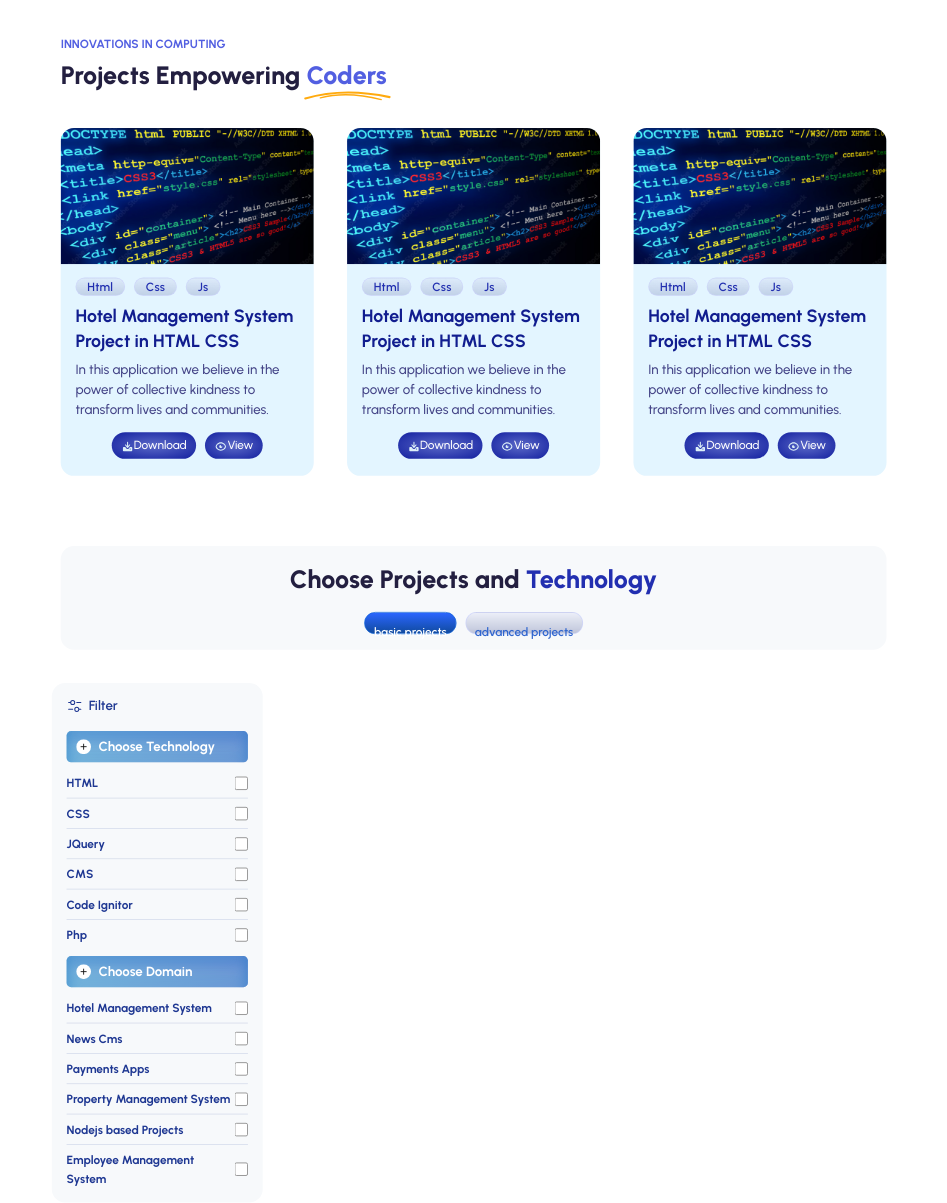
Repository: sharma171/jtccreativeideas
Page: /newsection (app in nextjssite/)
An editor plug-in stored every save of this project. The page is shown before and after the next save, followed by the edit.
The browser window is 1280 px wide. The pictures show the whole page, at 74% of full size.
The project was rebuilt for these pictures with package versions that can differ from the ones it lists, and the page was loaded fresh each time. The framework's server and built-in components were replaced by stand-ins that run in the browser. Also part of the build but not shown: nextjssite/next.config.mjs.

Above is the page before, as saved 2024-03-30 18:14:02.

After the next save:
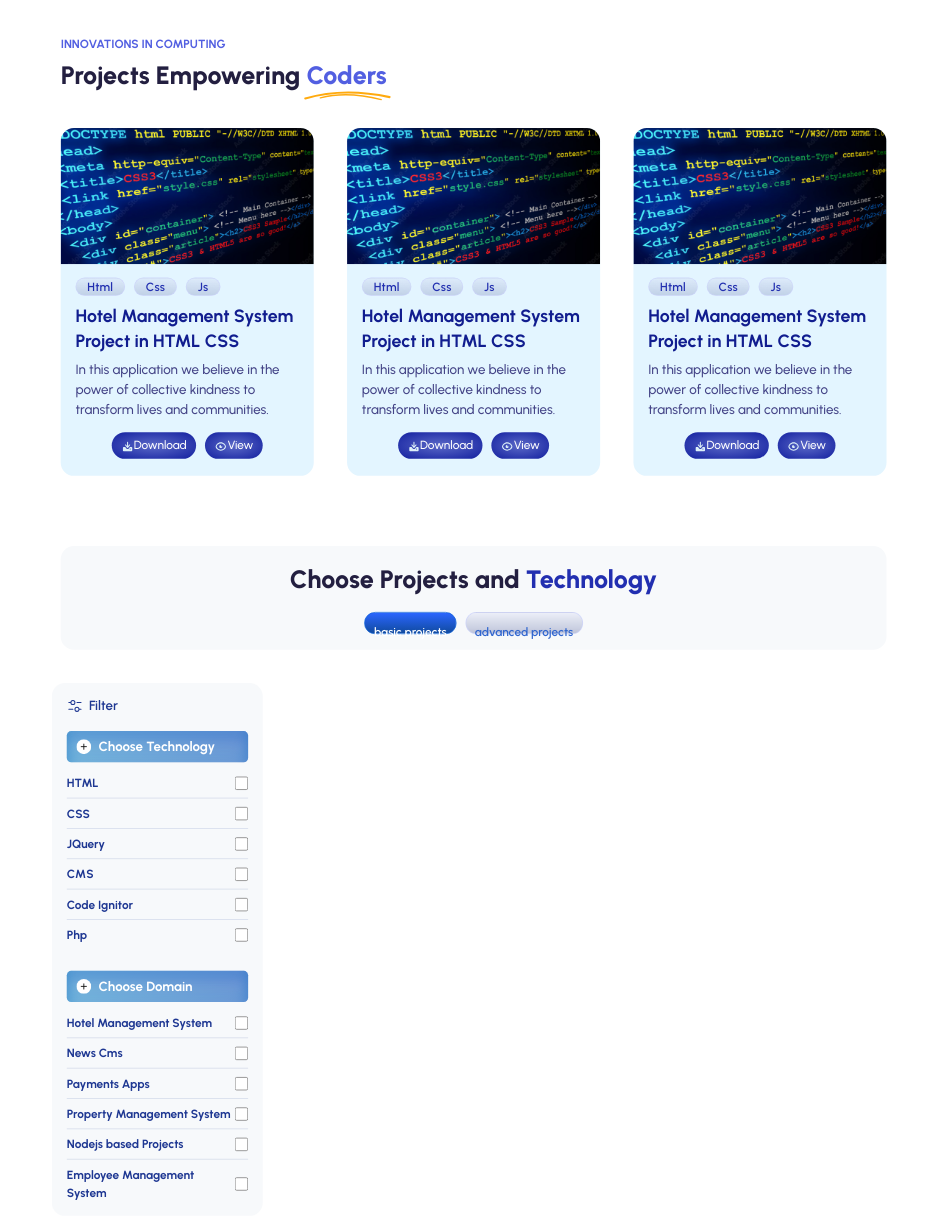
Saved 8 min 56 s later.
--- a/nextjssite/src/app/newsection/page.css
+++ b/nextjssite/src/app/newsection/page.css
@@ -386,3 +386,6 @@ section.projects {
     border-color: #1E3792 !important;
     width: 20px;
 }
+.ecom-filter .filter-head + .filter-techlist + .filter-head {
+    margin-top: 20px;
+}
